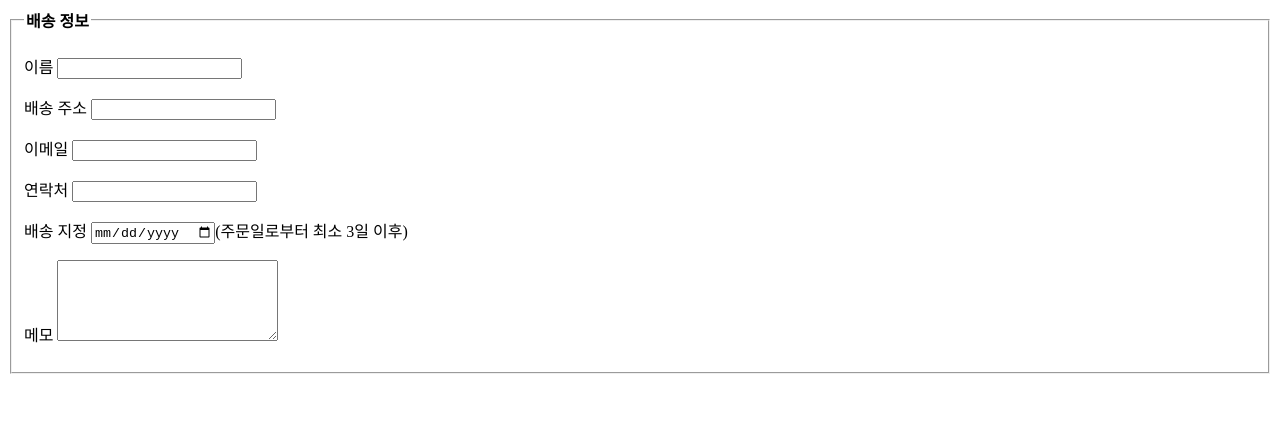
Repository: Kebiskim/2023_WebStudy
Page: 01_01_html/src/main/webapp/day04/Ex04_Delivery_Info.html
The author's editor kept a copy of each file at every save. The page is drawn from the files as they stood at one save, then again after the next save.
The browser window is 1280 px wide. The pictures show the whole page.

Above is the page before, as saved 2023-06-22 03:31:44.

### 01_01_html/src/main/webapp/day04/Ex04_Delivery_Info.html
<!DOCTYPE html>
<html>
<head>
<meta charset="UTF-8">
<title>Frontend</title>
<style type="text/css">
	h1{
		color:lightblue;
	}
	div{
		padding: 10px;
	}
</style>
</head>
<body>
	<form>
 	<fieldset>
 		<legend><b>배송 정보</b></legend>
 		<!-- <label for="id"> input과 label을 연결하는 역할을 한다. -->
 		<p><label for="name">이름 </label><input type="text" name="name" id="name"></p>
 		<p><label for="address">배송 주소 </label><input type="text" name="address" id="address"></p>
 		<p><label for="email">이메일 </label><input type="text" name="email" id="email"></p>
 		<p><label for="phone">연락처 </label><input type="text" name="phone" id="phone"></p>
	 	<p>배송 지정 <input type="date" name="date">(주문일로부터 최소 3일 이후)</p>
 		<label for="phone">메모 </label><textarea rows="5" cols="25"></textarea><p>
 	</fieldset>


</body>
</html>

After the next save:
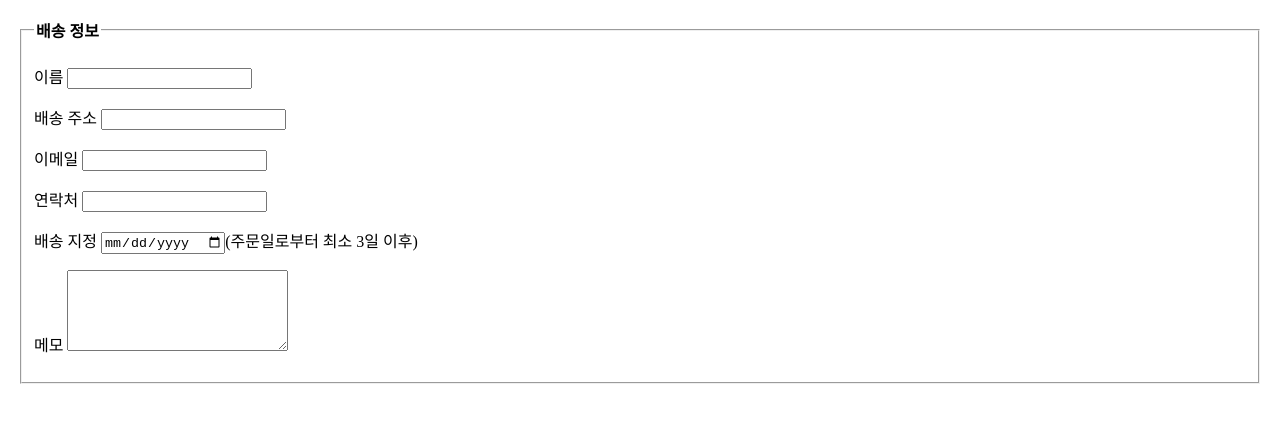
Saved 20 s later.
--- a/01_01_html/src/main/webapp/day04/Ex04_Delivery_Info.html
+++ b/01_01_html/src/main/webapp/day04/Ex04_Delivery_Info.html
@@ -13,7 +13,7 @@
 </style>
 </head>
 <body>
-	<form>
+	<div>
  	<fieldset>
  		<legend><b>배송 정보</b></legend>
  		<!-- <label for="id"> input과 label을 연결하는 역할을 한다. -->
@@ -24,7 +24,7 @@
 	 	<p>배송 지정 <input type="date" name="date">(주문일로부터 최소 3일 이후)</p>
  		<label for="phone">메모 </label><textarea rows="5" cols="25"></textarea><p>
  	</fieldset>
-
+	</div>
 
 </body>
 </html>

After the save that followed:
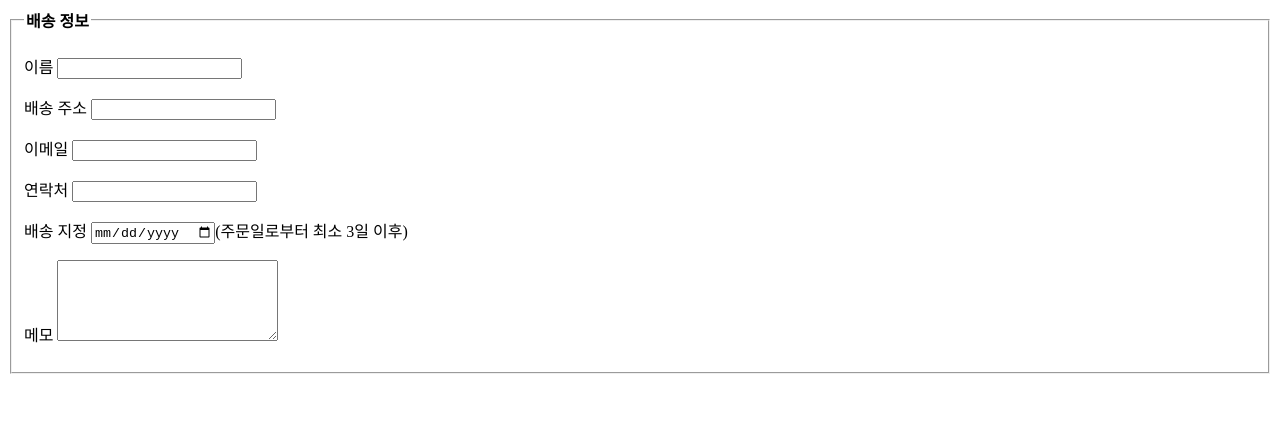
Saved 29 s later.
--- a/01_01_html/src/main/webapp/day04/Ex04_Delivery_Info.html
+++ b/01_01_html/src/main/webapp/day04/Ex04_Delivery_Info.html
@@ -13,7 +13,6 @@
 </style>
 </head>
 <body>
-	<div>
  	<fieldset>
  		<legend><b>배송 정보</b></legend>
  		<!-- <label for="id"> input과 label을 연결하는 역할을 한다. -->
@@ -24,7 +23,6 @@
 	 	<p>배송 지정 <input type="date" name="date">(주문일로부터 최소 3일 이후)</p>
  		<label for="phone">메모 </label><textarea rows="5" cols="25"></textarea><p>
  	</fieldset>
-	</div>
 
 </body>
 </html>
